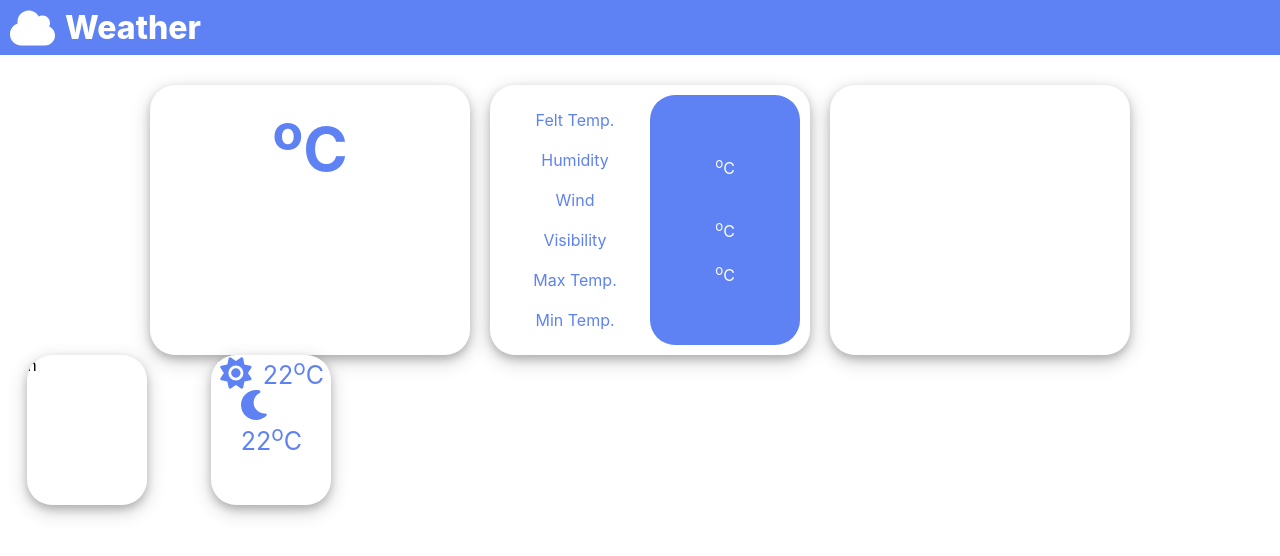
Repository: ahmedazawi/weather-app
Page: /
The author's editor kept a copy of each file at every save. The page is drawn from the files as they stood at one save, then again after a run of saves.
The browser window is 1280 px wide. The pictures show the whole page.
The project was rebuilt for these pictures with package versions that can differ from the ones it lists, and the page was loaded fresh each time. Also part of the build but not shown: src/components/Map.js.

Above is the page before, as saved 2022-11-30 15:47:57.

### src/App.js
import React, { useState, useEffect } from "react";
import "./App.css";
import Header from "./layout/Header";
import Details from "./components/Details";

import Store from "./assets/data/Store";
function App() {
  return (
    <div className="App">
      <Header />
      <Store>
        <Details />
      </Store>
    </div>
  );
}

export default App;

### src/App.css
body {
  --primaryColor: #5e82f4;
  --secondaryColor: #ffffff;
  --borderRadius: 25px;
}

.nav {
  display: flex;
  align-items: center;
  height: 55px;
  background-color: var(--primaryColor);
}

### src/layout/Header.js
import React from "react";
import { FontAwesomeIcon } from "@fortawesome/react-fontawesome";
import { faCloud } from "@fortawesome/free-solid-svg-icons";
const Header = () => {
  return (
    <div className="nav">
      <div>
        <FontAwesomeIcon
          className="f-icon"
          icon={faCloud}
          color="White"
          style={{ marginLeft: "10px", fontSize: "40px" }}
        />
      </div>

      <h1 style={{ color: "white", marginLeft: "10px", fontWeight: "800" }}>
        Weather
      </h1>
    </div>
  );
};

export default Header;

### src/components/Details.js
import React, { useContext, useEffect } from "react";
import "../assets/css/details.css";
import { ContextApi } from "../assets/data/ContextApi";
import SevenDaysCards from "./SevenDaysCards";
import Map from "./Map";

const Details = () => {
  // const { weather, Loading } = useContext(ContextApi);
  // const [weatherValue, setWeatherValue] = weather;
  // const [LoadingValue, setLoadingValue] = Loading;

  // useEffect(() => {
  // console.log(weatherValue);
  // console.log(LoadingValue);
  // console.log(LocatedValue);
  // console.log(weatherValue.weather[0].main);
  // }, [weatherValue]);

  // if (LoadingValue) {
  //   return <div className="main">Loading...</div>;
  // }

  return (
    <div className="main">
      <div className="big-cards">
        <div>
          {/* <div>{weatherValue.location.city}</div> */}
          <div
            style={{
              fontSize: "60px",
            }}
          >
            {/* {weatherValue.current_observation.condition.temperature} */}
            <sup>o</sup>C
          </div>
          {/* <div>{weatherValue.current_observation.condition.text}</div> */}
        </div>
        <div>
          <div className="line-a">
            <span>Felt Temp.</span>
            <span>Humidity</span>
            <span>Wind</span>
            <span>Visibility</span>
            <span>Max Temp.</span>
            <span>Min Temp.</span>
          </div>
          <div className="line-b">
            <span>
              {/* {weatherValue.current_observation.condition.temperature - 0.7} */}
              <sup>o</sup>C
            </span>
            {/* <span>{weatherValue.current_observation.atmosphere.humidity}%</span> */}
            {/* <span> {weatherValue.current_observation.wind.speed} Km/h</span> */}
            <span>
              {/* {weatherValue.current_observation.atmosphere.visibility} Km */}
            </span>
            <span>
              {/* {weatherValue.forecasts[0].high} */}
              <sup>o</sup>C
            </span>
            <span>
              {/* {weatherValue.forecasts[0].low} */}
              <sup>o</sup>C
            </span>
          </div>
        </div>
        <div>{/* <Map city={weatherValue.location.city} /> */}</div>
      </div>

      <SevenDaysCards />
    </div>
  );
};

export default Details;

### src/assets/data/Store.js
import React, { useState, useEffect } from "react";
import { ContextApi } from "./ContextApi";
import { weatherAppAPI } from "./Api";
import axios from "axios";
function Store({ children }) {
  const [weather, setWeather] = useState([]);
  const [Loading, setLoading] = useState(true);
  const [lat, setLat] = useState();
  const [long, setLong] = useState();
  const [located, setLocated] = useState(false);
  const geolocationAPI = navigator.geolocation;
  const getUserCoordinates = () => {
    if (!geolocationAPI) {
      console.log("Geolocation API is not available in your browser!");
    } else {
      geolocationAPI.getCurrentPosition(
        (position) => {
          const { coords } = position;
          setLat(coords.latitude);
          setLong(coords.longitude);
          setLocated(true);
        },
        (error) => {
          console.log("Something went wrong getting your position!");
        }
      );
    }
  };

  useEffect(() => {
    // getUserCoordinates();
    if (located) {
      const options = {
        method: "GET",
        url: weatherAppAPI,
        params: { lat: lat, long: long, format: "json", u: "c" },
        headers: {
          "X-RapidAPI-Key":
            "863b7c6b72msh78facda9cbf0e03p10660djsn19089c27c69a",
          "X-RapidAPI-Host": "yahoo-weather5.p.rapidapi.com",
        },
      };

      axios
        .request(options)
        .then(function (response) {
          setWeather(response.data);
          setLoading(false);
          console.log(response.data);
        })
        .catch(function (error) {
          console.error(error);
        });
    }
  }, [located]);

  return (
    <ContextApi.Provider
      value={{
        weather: [weather, setWeather],
        Loading: [Loading, setLoading],
      }}
    >
      {children}
    </ContextApi.Provider>
  );
}
export default Store;

### src/assets/css/details.css
.main {
  width: 100%;
  display: flex;
  flex-direction: column;
  justify-content: space-between;
}

.big-cards {
  width: 100%;
  min-height: fit-content;
  display: flex;
  flex-direction: row;
  flex-wrap: wrap;
  gap: 20px;
  align-items: center;
  justify-content: center;
  margin-top: 30px;
  color: var(--primaryColor);
}
.big-cards > div {
  width: 300px;
  height: 250px;
  background-color: var(--secondaryColor);
  padding: 10px;
  border-radius: var(--borderRadius);
  box-shadow: 0 4px 8px 0 rgba(0, 0, 0, 0.2), 0 6px 20px 0 rgba(0, 0, 0, 0.19);
}
.big-cards > div:first-child {
  display: flex;
  flex-direction: column;
  align-items: center;
  justify-content: space-between;
}
.big-cards > div:first-child > div {
  font-size: 30px;
  font-weight: bold;
  margin: 7px 0;
}
.big-cards > div:nth-child(2) {
  display: flex;
  flex-direction: row;
  justify-content: space-between;
}
.big-cards > div:nth-child(2) > div {
  display: flex;
  flex-direction: column;
  align-items: center;
  justify-content: center;
  width: 50%;
}
.big-cards > div:nth-child(2) > div > span {
  margin: 10px 0;
}

.line-b {
  color: var(--secondaryColor);
  background-color: var(--primaryColor);
  border-radius: var(--borderRadius);
}

.big-cards > div:nth-child(3) {
  height: 270px;
  max-width: 340px;
  padding: 0;
  display: flex;
  align-items: center;
  justify-content: center;
  overflow: hidden;
}
.map {
  border: none;
}

### src/assets/data/ContextApi.js
import { createContext } from "react";
export const ContextApi = createContext();

### src/components/SevenDaysCards.js
import React from "react";
import "../assets/css/SevenDaysCards.css";
import { FontAwesomeIcon } from "@fortawesome/react-fontawesome";
import { faSun } from "@fortawesome/free-solid-svg-icons";
import { faMoon } from "@fortawesome/free-solid-svg-icons";

const SevenDaysCards = () => {
  return (
    <div className="small-cards">
      <div className="sm-cards-header">h</div>
      <div className="sm-cards-body">
        <div className="sm-cards-temp-max">
          <FontAwesomeIcon
            className="sun-icon"
            icon={faSun}
            style={{ fontSize: "30px" }}
          />
          <div style={{ fontSize: "25px" }}>
            22<sup>o</sup>C
          </div>
        </div>

        <div className="sm-cards-temp-min">
          <div className="sm-cards-temp-max">
            <FontAwesomeIcon
              className="moon-icon"
              icon={faMoon}
              style={{ fontSize: "30px" }}
            />
            <div style={{ fontSize: "25px" }}>
              22<sup>o</sup>C
            </div>
          </div>
        </div>
      </div>
    </div>
  );
};

export default SevenDaysCards;

### src/assets/data/Api.js
export const weatherAppAPI = "https://fcc-weather-api.glitch.me/api/current";

export const googleMapAPI = "AIzaSyAq15HbfCRMW7RqNb5LUNyOLyfzpYI0wl4";

//https://pokeapi.co/api/v2/pokemon/4

//https://fcc-weather-api.glitch.me/api/current?lat=462&lon=41

//https://api.open-meteo.com/v1/forecast?latitude=${lat}&longitude=${long}&daily=temperature_2m_max,temperature_2m_min,rain_sum,windspeed_10m_max,windgusts_10m_max&timezone=auto

//https://yahoo-weather5.p.rapidapi.com/weather

### src/assets/css/SevenDaysCards.css
.small-cards {
  display: grid;
  grid-template-columns: repeat(7, 1fr);
  gap: 10px;
  justify-items: center;
  width: 100%;
}
.small-cards > div {
  display: flex;
  flex-direction: column;
  width: 120px;
  height: 150px;
  overflow: hidden;
  background-color: var(--secondaryColor);
  border-radius: var(--borderRadius);
  box-shadow: 0 4px 8px 0 rgba(0, 0, 0, 0.2), 0 6px 20px 0 rgba(0, 0, 0, 0.19);
}
.small-cards > div > .sm-cards-header {
  width: 100%;
  height: 40px;
  background-color: var(--primaryColor);
  display: flex;
  align-items: center;
  justify-content: center;
  color: var(--secondaryColor);
}
.sm-cards-body {
  display: flex;
  flex-direction: column;
  align-items: center;
  height: 100%;
}
.sm-cards-body > div {
  display: flex;
  flex-direction: row;
  align-items: center;
  justify-content: center;
  width: 100%;
  gap: 10px;
  color: var(--primaryColor);
}

Loaded but not shown: public/index.html (common file); src/index.js (common file); src/index.css (common file)

After the next 2 saves:
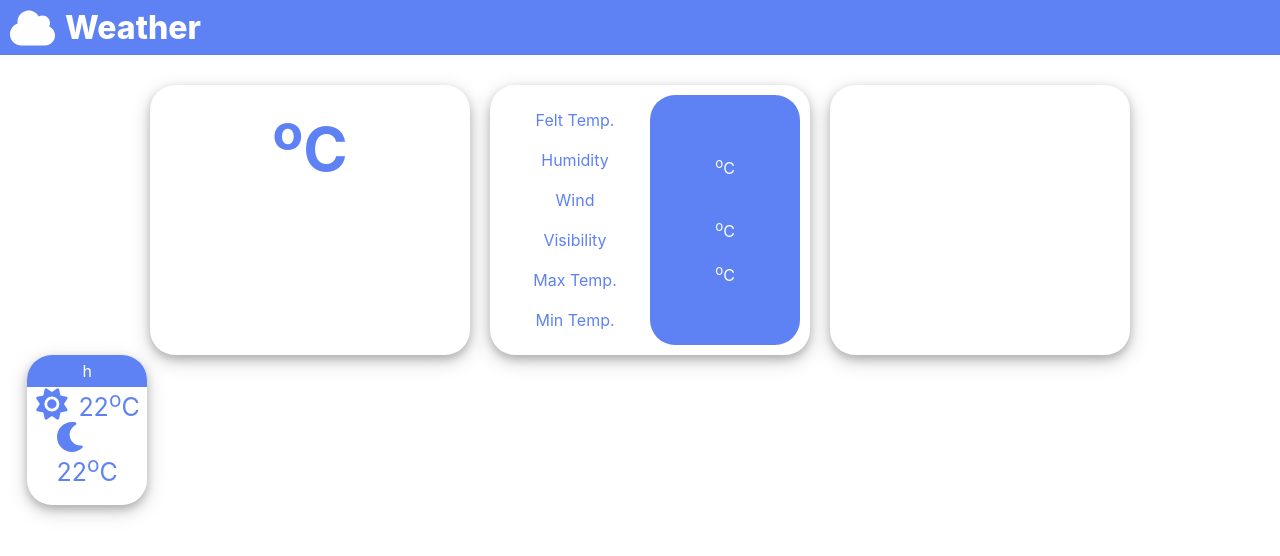
The 2 saves are shown as one change because 1 did not build or start.
The last was saved 21 s later.
--- a/src/components/SevenDaysCards.js
+++ b/src/components/SevenDaysCards.js
@@ -7,28 +7,30 @@ import { faMoon } from "@fortawesome/free-solid-svg-icons";
 const SevenDaysCards = () => {
   return (
     <div className="small-cards">
-      <div className="sm-cards-header">h</div>
-      <div className="sm-cards-body">
-        <div className="sm-cards-temp-max">
-          <FontAwesomeIcon
-            className="sun-icon"
-            icon={faSun}
-            style={{ fontSize: "30px" }}
-          />
-          <div style={{ fontSize: "25px" }}>
-            22<sup>o</sup>C
-          </div>
-        </div>
-
-        <div className="sm-cards-temp-min">
+      <div>
+        <div className="sm-cards-header">h</div>
+        <div className="sm-cards-body">
           <div className="sm-cards-temp-max">
             <FontAwesomeIcon
-              className="moon-icon"
-              icon={faMoon}
+              className="sun-icon"
+              icon={faSun}
               style={{ fontSize: "30px" }}
             />
             <div style={{ fontSize: "25px" }}>
               22<sup>o</sup>C
+            </div>
+          </div>
+
+          <div className="sm-cards-temp-min">
+            <div className="sm-cards-temp-max">
+              <FontAwesomeIcon
+                className="moon-icon"
+                icon={faMoon}
+                style={{ fontSize: "30px" }}
+              />
+              <div style={{ fontSize: "25px" }}>
+                22<sup>o</sup>C
+              </div>
             </div>
           </div>
         </div>
